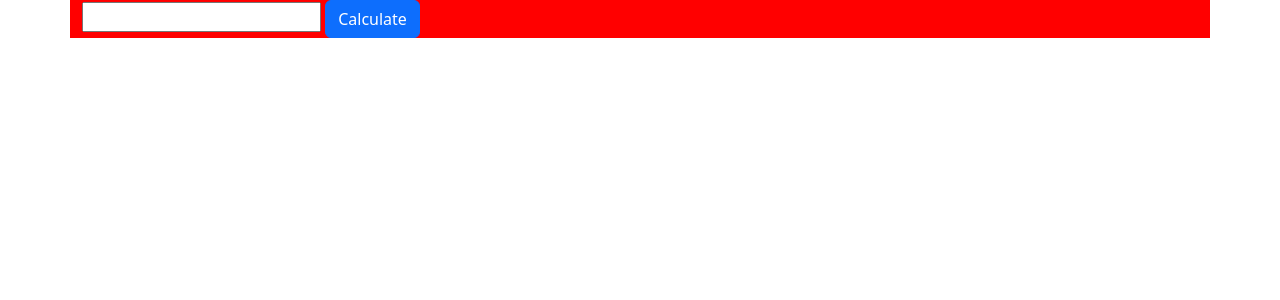
Repository: LeGrandMAG/magCalculator
Page: index.html
These files come from the project's save history. The page is drawn as it stood at one moment and after the next save; the edit follows.
The browser window is 1280 px wide. The pictures show the whole page.

Above is the page before, as saved 2022-05-26 12:32:03.

### index.html
<!DOCTYPE html>
<html lang="en">
<head>
    <meta charset="UTF-8">
    <meta http-equiv="X-UA-Compatible" content="IE=edge">
    <meta name="viewport" content="width=device-width, initial-scale=1.0">
    <link href="https://cdn.jsdelivr.net/npm/bootstrap@5.2.0-beta1/dist/css/bootstrap.min.css" rel="stylesheet" integrity="sha384-0evHe/X+R7YkIZDRvuzKMRqM+OrBnVFBL6DOitfPri4tjfHxaWutUpFmBp4vmVor" crossorigin="anonymous">
    <link rel="shortcut icon" href="assets/images/icon.ico"image/x-icon">

    <link href="style.css" rel="stylesheet">
    <title>Price Calculator</title>
</head>
<body>


    <div class="container">
        <form class="col"action="">
            <input class="col" type="number">
            <button class="btn btn-primary"> Calculate</button>
        </form>

    </div>

</body>
</html>

### style.css
.container{
    margin:auto;
    background: red;
    display: flex;
    justify-content: center;
    align-items: center;
}

After the next save:
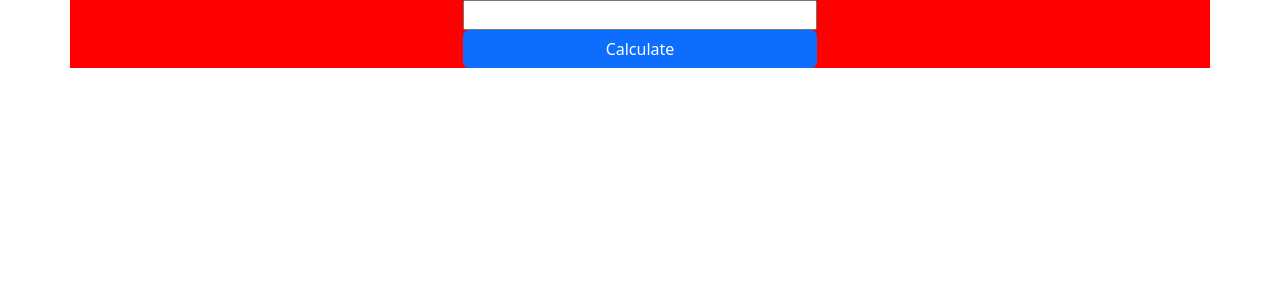
Saved 5 s later.
--- a/index.html
+++ b/index.html
@@ -14,7 +14,7 @@
 
 
     <div class="container">
-        <form class="col"action="">
+        <form class="row"action="">
             <input class="col" type="number">
             <button class="btn btn-primary"> Calculate</button>
         </form>
